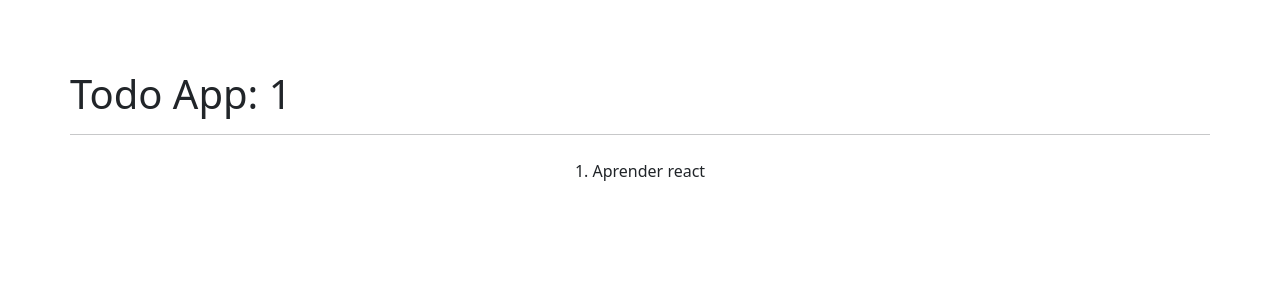
Repository: ppfeliuu/hooks-app
Page: /
These files come from the project's save history. The page is drawn as it stood at one moment and after the next save; the edit follows.
The browser window is 1280 px wide. The pictures show the whole page.
The project was rebuilt for these pictures with package versions that can differ from the ones it lists, and the page was loaded fresh each time.

Above is the page before, as saved 2021-05-30 09:30:43.

After the next save:
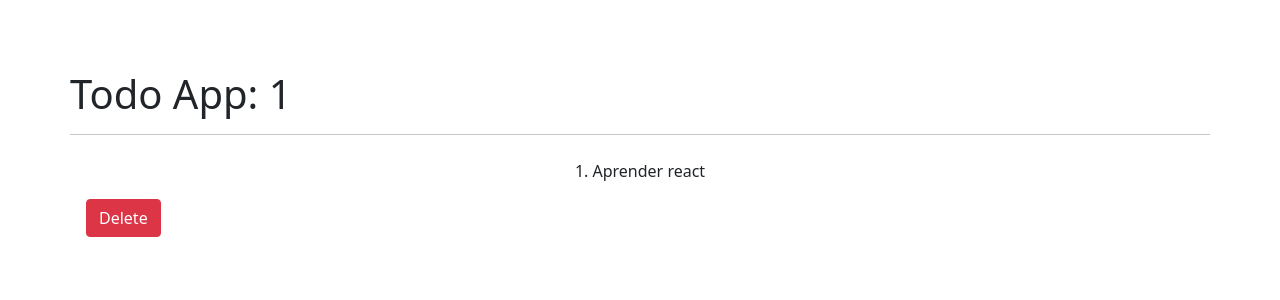
Saved 20 s later.
--- a/src/components/08-useReducer/TodoApp.js
+++ b/src/components/08-useReducer/TodoApp.js
@@ -26,6 +26,8 @@ export const TodoApp = () => {
             <p className="text-center">
               {index + 1}. {todo.desc}
             </p>
+
+            <button className="btn btn-danger">Delete</button>
           </li>
         ))}
       </ul>
